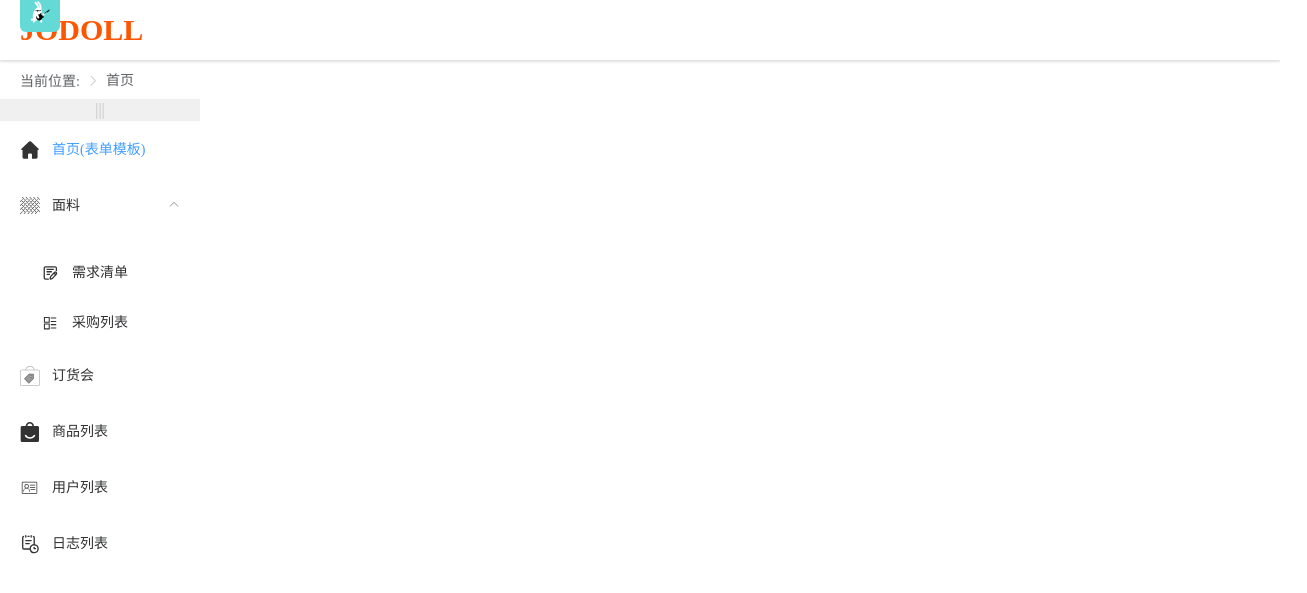
Repository: wangshanghai240/doll-practive
Page: /admin
The author's editor kept a copy of each file at every save. The page is drawn from the files as they stood at one save, then again after the next save.
The browser window is 1280 px wide. The page is 1280 px wide, then 1307 px, so the pictures cover 1307 px, including what lies to the right of the window. The pictures show the whole page.
The project was rebuilt for these pictures with package versions that can differ from the ones it lists, and the page was loaded fresh each time. Also part of the build but not shown: vue.config.js. Imported but missing from the stored project, and not drawn on this page: src/views/admin/ordermeeting/ordermeeting/ordersearch.vue.

Above is the page before, as saved 2021-08-24 10:47:00.

### src/main.js
import Vue from 'vue'
import App from './App.vue'
// 导入路由
import router from './router'
// 导入store
import store from './store'

// 导入element-ui及其样式
import ElementUI from 'element-ui'
import 'element-ui/lib/theme-chalk/index.css'

Vue.use(ElementUI)

Vue.config.productionTip = false

new Vue({
  router,
  store,
  render: h => h(App),
}).$mount('#app')

### src/App.vue
<template>
  <div id="app">
    <!-- <login></login> -->
    <router-view></router-view>
  </div>
</template>

<script>
// import Login from './views/login/Login.vue'

export default {
  components: { },
  name: 'App'
}
</script>

<style>
body,html{
  margin:0;
  padding:0;
}
</style>

### src/router/index.js
import VueRouter from 'vue-router'
import Vue from 'vue'
// import store from '../store'

// 安装插件vue-router
Vue.use(VueRouter)

// 路由懒加载
const Login = () => import('views/login/Login')
const Dashboard = () => import('views/admin/dashboard/Dashboard')
const Admin = () => import('views/admin/Admin')
const Fabric = () => import('views/admin/fabric/Fabric')
const OrderMeeting = () => import('views/admin/ordermeeting/OrderMeeting')
const OrderShop = () => import('views/admin/ordershop/OrderShop')
const User = () => import('views/admin/user/User')
const SysLog = () => import('views/admin/syslog/SysLog')
const ReqList = () =>import('views/admin/fabric/childComp/ReqList')
const ShopList = () =>import('views/admin/fabric/childComp/ShopList')

// 路由列表(路径，组件映射关系)
let routes = [{
        // 将更目录下的重定向到/login,可以解决路径不显示问题
        path: '/',
        redirect: '/login'
    },
    {
        path: '/login',
        name:'login',
        component: Login
    },
    {
        path: '/admin',
        component: Admin,
        children: [{
                path: 'dashboard',
                component: Dashboard,
                meta:{
                    requireAuth:true
                }
            },
            {
                path: '',
                redirect: 'dashboard'
            },
            {
                path: 'fabric',
                component: Fabric,
                name:'面料',
                children:[
                    {
                        path:'reqlist',
                        component:ReqList,
                        name:'需求列表',
                        meta:{
                            breadcrumb:[
                                {
                                    path:'/reqlist',
                                    name:'需求列表'
                                }
                            ]
                        }
                    },
                    {
                        path:'shoplist',
                        component:ShopList,
                        name:'采购列表',
                        meta:{
                            breadcrumb:[
                                {
                                    path:'/shoplist',
                                    name:'采购列表'
                                }
                            ]
                        }
                    }
                ],
                meta: {
                    breadcrumb: [{
                        path: '/fabric',
                        name: '面料'
                    }]
                }
            },
            {
                path: 'ordermeeting',
                component: OrderMeeting,
                name:'订货会',
                meta: {
                    breadcrumb: [{
                        path: '/ordermeeting',
                        name: '订货会'
                    }]
                }
            },
            {
                path: 'ordershop',
                component: OrderShop,
                name:'商品列表',
                meta: {
                    breadcrumb: [{
                        path: '/ordershop',
                        name: '商品列表'
                    }]
                }
            },
            {
                path: 'user',
                component: User,
                name:'用户列表',
                meta: {
                    breadcrumb: [{
                        path: '/user',
                        name: '用户列表'
                    }]
                }
            },
            {
                path: 'syslog',
                component: SysLog,
                name:'系统日志',
                meta: {
                    breadcrumb: [{
                        path: '/syslog',
                        name: '系统日志'
                    }]
                }
            }
        ],
        meta:{
            requireAuth:true
        },
        // 进入该路径需要验证，登录验证一般都是在全局路由使用导航守卫beforeEach()或者在路由列表中使用路由守卫beforeEnter
    }

]

// 创建路由对象
const router = new VueRouter({
    routes,
    mode: 'history'
})
// 重复点击触发promise错误解决方法
const originalPush = VueRouter.prototype.push
VueRouter.prototype.push = function push(location) {
    return originalPush.call(this, location).catch(err => err)
}

// 全局导航守卫(登陆验证)
// router.beforeEach((to, from, next) =>{
// 如果要请求的路径是admin
// if(to.path == '/admin'){
// 判断用户是否登录，有token说明登录了
// if(sessionStorage.getItem('token')){
// 就可以直接放行
//     next()
// }
// 如果没有登录就重定向到登录页面
//         else{
//             next('/login')
//         }
//     }
//     else{
//         next()
//     }
// })
router.beforeEach((to, from, next) => {
    if(to.matched.some((r)=>{r.meta.requireAuth})){
        if(window.sessionStorage.getItem()){
            next()
        }
        else{
            next({
                path:'/login'
            })
        }
    }
    else{
        next()
    }
})
// 导出路由对象，暴露接口
export default router

### src/store/index.js
import Vuex from 'vuex'
import Vue from 'vue'

// 安装该插件
Vue.use(Vuex)

// 创建vuex对象
let store = new Vuex.Store({
    // 判断是否有token
    state: {
        token:''
    },
    mutations: {
        // 设置传递过来的token
        setToken(state, payload) {
            state.token = payload.token
        },
        // 删除token
        // delToken(state) {
        //     state.token = ''
        //     sessionStorage.removeItem('logintoken')
        // }
    }
})
// 导出vuex对象，暴露接口
export default store

### src/views/admin/dashboard/Dashboard.vue
<template>
  <div class="dashboard">

  </div>
</template>

<script>
export default {
    name:'Dashboard'
}
</script>

<style>

</style>

### src/views/admin/Admin.vue
<template>
  <div class="admin">
    <el-container>
      <!-- 头部 -->
      <el-header class="header">
        <!-- logo组件 -->
        <logo></logo>
        <!-- <bread-crumb></bread-crumb> -->
        <logout></logout>
      </el-header>

        <bread-crumb class="breadcrumb"></bread-crumb>

      <!-- 布局容器 -->
      <el-container>
        <!-- 侧边栏 -->
        <el-aside :width="iscollapse ? '64px' : '200px'">
          <!-- 折叠按钮 -->
          <div class="toggle" @click="togglecollapse">
            <span>|||</span>
          </div>
          <!-- 导航菜单 -->
          <el-menu
            class="el-menu-vertical-demo"
            active-text-color="#C00FFCC"
            default-active="/admin/dashboard"
            :router="true"
            :unique-opened='true'
            :collapse="iscollapse"
            :collapse-transition="false"
          >
            <!-- 首页 -->
            <el-menu-item index="/admin/dashboard">
              <img src="~assets/image/navmenu/home-ff.svg" alt="" />
              <span>首页(表单模板)</span>
            </el-menu-item>
            <!-- 面料菜单 -->
            <el-submenu index="/admin/dashboard">
              <template slot="title">
                <img src="~assets/image/navmenu/mianliao.svg" alt="" />
                <span>面料</span>
              </template>
              <el-menu-item-group>
                <el-menu-item index="/admin/fabric/reqlist">
                  <img src="~assets/image/navmenu/xuqiuqingdan.svg" alt="" />
                  <span>需求清单</span>
                </el-menu-item>
                <el-menu-item index="/admin/fabric/shoplist">
                  <img src="~assets/image/navmenu/caigouliebiao.svg" alt="" />
                  <span>采购列表</span>
                </el-menu-item>
              </el-menu-item-group>
            </el-submenu>
            <!-- 订货会 -->
            <el-menu-item index="/admin/ordermeeting">
              <img src="~assets/image/navmenu/dinghuohui.svg" alt="" />
              <span slot="title">订货会</span>
            </el-menu-item>
            <!-- 商品列表 -->
            <el-menu-item index="/admin/ordershop">
              <img src="~assets/image/navmenu/shangpinliebiao.svg" alt="" />
              <span slot="title">商品列表</span>
            </el-menu-item>
            <!-- 用户列表 -->
            <el-menu-item index="/admin/user">
              <img src="~assets/image/navmenu/xingzhuang1.svg" alt="" />
              <span slot="title">用户列表</span>
            </el-menu-item>
            <!-- 日志列表 -->
            <el-menu-item index="/admin/syslog">
              <img src="~assets/image/navmenu/rizhiliebiao.svg" alt="" />
              <span slot="title">日志列表</span>
            </el-menu-item>
          </el-menu>
        </el-aside>
        <el-main>
          <!-- 渲染路由匹配到的组件 -->
          <router-view></router-view>
        </el-main>
      </el-container>
    </el-container>
  </div>
</template>

<script>
import Logo from "components/content/Logo.vue";
import BreadCrumb from 'components/content/BreadCrumb.vue';
import Logout from 'components/content/Logout.vue';

export default {
  components: {
    Logo,
    BreadCrumb,
    Logout
  },
  name: "Admin",
  data() {
    return {
      iscollapse: false
    };
  },
  methods: {
    togglecollapse() {
      this.iscollapse = !this.iscollapse;
    }
  },
};
</script>

<style>
.el-menu-vertical-demo {
  background: #fff;
  color: rgb(0, 0, 0);
  border: none;
}
.el-menu-vertical-demo img {
  vertical-align: center;
  width: 20px;
  margin-right: 12px;
}
.admin .header {
  position: relative;
  margin: 0 0 4px 0;
  box-shadow: 0 2px 2px #e0e0e0;
}
.breadcrumb{
  padding:8px 0;
  margin:2px 20px;
}
.toggle {
  height:22px;
  text-align: center;
  background: #f0f0f0;
  cursor: pointer;
}
.toggle span {
  color: #c2c2c2;
  line-height:22px;
}
.el-menu-item img{
  width:20px;
}
</style>

### src/components/content/Logo.vue
<template>
  <div class="logo">
      <span>JODOLL</span>
  </div>
</template>

<script>
export default {
    name:'Logo'
}
</script>

<style scoped>
.logo{
    display:inline-block;
}
.logo span{
    /* 垂直居中 */
    position:absolute;
    top:50%;
    transform:translateY(-50%);
    font-size:30px;
    font-weight: 700;
    color:#f50;
}
</style>

### src/components/content/BreadCrumb.vue
<template>
  <div class="brdcmb">
    <el-breadcrumb separator-class="el-icon-arrow-right">
      <el-breadcrumb-item>当前位置:</el-breadcrumb-item>
      <el-breadcrumb-item :to="{path:'/admin/dashboard'}">首页</el-breadcrumb-item>
      <el-breadcrumb-item
      :to="{path:item.path}"
      v-for="item in navlist"
      :key="item.path">{{ item.name }}
      </el-breadcrumb-item>
    </el-breadcrumb>
  </div>
</template>

<script>
export default {
  name: "BreadCrumb",
  // 监听路由变化
  watch:{
    $route:{
      handler(){
        this.getList()
      },
      immediate:true
    }
  },
  // 页面挂载之后就执行该方法
  mounted(){
    this.getList()
  },
  // computed:{
  //     breadcrumb(){
  //         return this.$route.matched.filter(item => item.name)
  //     }
  // },
  data(){
      return{
        navlist:[]
      }
  },
  methods:{
    getList(){
      // 将处于活跃的路由(地址)保存在navlist
      this.navlist = this.$route.matched.filter(item => item.name)
    }
  }
};
</script>

<style scoped>
.brdcmb{
    display: inline-block;
}
</style>

### src/components/content/Logout.vue
<template>
  <div class="logout">
    <div class="avtor">
      <img src="~assets/image/adicon/admin.gif" alt="">
      <div class="showinfo">
        <ul>
          <li>退出登录</li>
          <li>个人中心</li>
        </ul>
      </div>
    </div>
  </div>
</template>

<script>
export default {
name:'Logout',
  data(){
    return {

    }
  },
  methods:{

  }
}
</script>

<style scoped>
.logout{
  display: inline-block;
  position:relative;
}
.logout .avtor{
  position:absolute;
  top:50%;
  left:99%;
  transform:translateY(-50%)
}
.logout .avtor img{
  width:40px;
  border-radius:6px;
}
.logout .avtor .showinfo{
  display: none;
}
</style>

Loaded but not shown: public/index.html (common file)

After the next save:
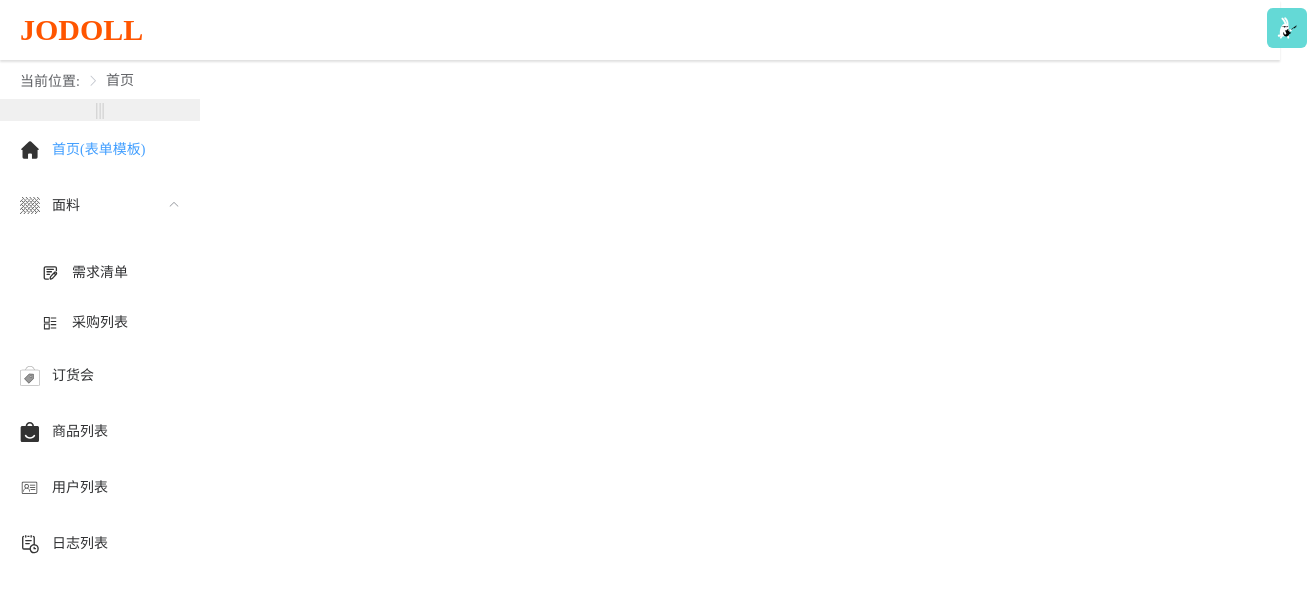
Saved 31 s later.
--- a/src/components/content/Logout.vue
+++ b/src/components/content/Logout.vue
@@ -29,7 +29,6 @@ name:'Logout',
 <style scoped>
 .logout{
   display: inline-block;
-  position:relative;
 }
 .logout .avtor{
   position:absolute;
